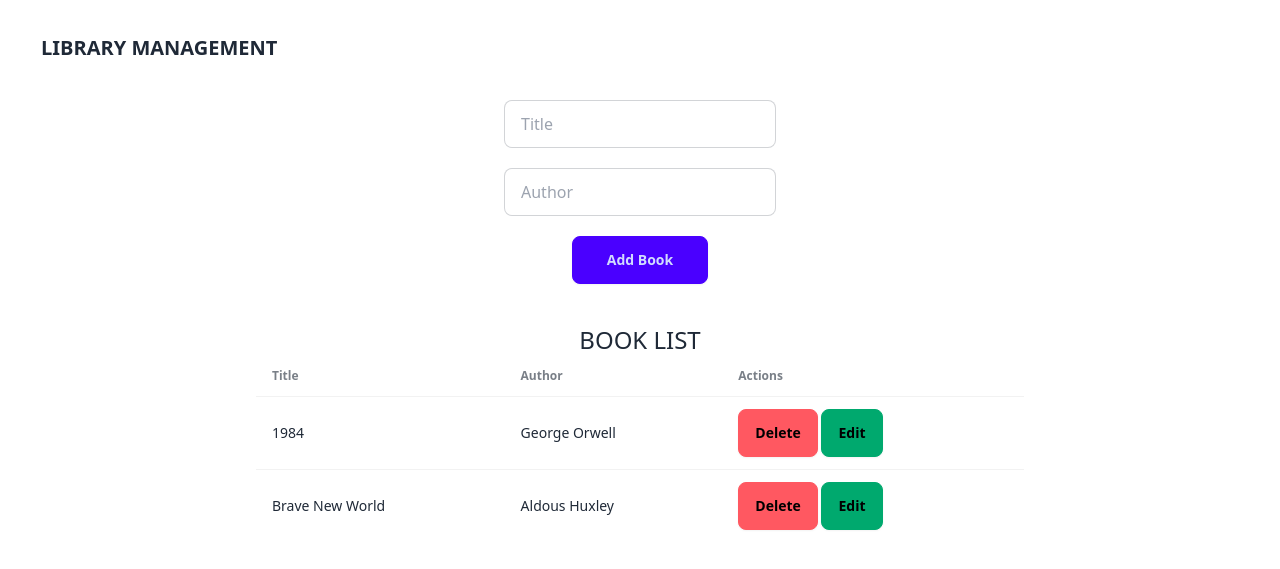
Repository: sibi24sibi/Crud-app-svelte
Page: /
These files come from the project's save history. The page is drawn as it stood at one moment and after the next save; the edit follows.
The browser window is 1280 px wide. The pictures show the whole page.
The project was rebuilt for these pictures with package versions that can differ from the ones it lists, and the page was loaded fresh each time. Also part of the build but not shown: svelte.config.js, vite.config.js.

Above is the page before, as saved 2024-07-01 16:24:16.

### index.html
<!doctype html>
<html lang="en" >
  <head>
    <meta charset="UTF-8" />
    <link rel="icon" type="image/svg+xml" href="/vite.svg" />
    <meta name="viewport" content="width=device-width, initial-scale=1.0" />
    <title>Vite + Svelte</title>
  </head>
  <body>
    <div id="app"></div>
    <script type="module" src="/src/main.js"></script>
  </body>
</html>

### src/App.svelte
<script>
  import Navbar from "./Components/Navbar.svelte";

  import AddBook from "./Components/AddBook.svelte";
  import BookList from "./Components/BookList.svelte";
</script>

<main>
  <Navbar />

  <AddBook />
  <BookList />
</main>

<style>
  main {
    text-align: center;
    padding: 1em;
    margin: 0 auto;
  }
</style>

### src/Components/Navbar.svelte
<script></script>

<body>
  <div class="navbar bg-base-100">
    <div class="flex-1">
      <a class="btn btn-ghost text-xl">LIBRARY MANAGEMENT</a>
    </div>
    <div class="flex-none">
      <ul class="menu menu-horizontal px-1"></ul>
    </div>
  </div>
</body>

<style>
</style>

### src/Components/AddBook.svelte
<script>
  import { books } from "./BookStore.js";
  let title = "";
  let author = "";

  function addBook() {
    books.update((items) => [
      ...items,
      { id: items.length ? items[items.length - 1].id + 1 : 1, title, author },
    ]);
    title = "";
    author = "";
  }
</script>

<div class="flex flex-col mx-auto gap-5 justify-center p-5 items-center w-1/4">
  <input
    placeholder="Title"
    class="input input-bordered w-full max-w-xs"
    bind:value={title}
  />
  <input
    placeholder="Author"
    class="input input-bordered w-full max-w-xs"
    bind:value={author}
  />
  <button class="btn btn-primary w-1/2" on:click={addBook}>Add Book</button>
</div>

### src/Components/BookList.svelte
<script>
  import { books } from "./BookStore.js";
  let editableBook = null;

  function deleteBook(id) {
    books.update((items) => items.filter((item) => item.id !== id));
  }

  function editBook(book) {
    editableBook = { ...book };
  }

  function saveEdit() {
    books.update((items) =>
      items.map((item) => (item.id === editableBook.id ? editableBook : item))
    );
    editableBook = null;
  }
</script>

<div class="overflow-x-auto max-w-3xl mx-auto my-5">
  <h1 class="text-2xl uppercase">Book List</h1>
  <table class="table">
    <thead>
      <tr>
        <th>Title</th>
        <th>Author</th>
        <th>Actions</th>
      </tr>
    </thead>
    <tbody>
      {#each $books as book}
        <tr>
          {#if editableBook && editableBook.id === book.id}
            <td
              ><input
                class="input input-bordered"
                bind:value={editableBook.title}
              /></td
            >

            <td>
              <input
                class="input input-bordered"
                bind:value={editableBook.author}
              /></td
            >
            <td>
              <button class="btn btn-primary" on:click={saveEdit}>Save</button
              ></td
            >
          {:else}
            <td>{book.title} </td> <td> {book.author} </td>
            <td
              ><button
                class="btn btn-error"
                on:click={() => deleteBook(book.id)}>Delete</button
              >
              <button class="btn btn-success" on:click={() => editBook(book)}
                >Edit</button
              ></td
            >
          {/if}
        </tr>
      {/each}
    </tbody>
  </table>
</div>

### src/Components/BookStore.js
import { writable } from "svelte/store";

export const books = writable([
  { id: 1, title: "1984", author: "George Orwell" },
  { id: 2, title: "Brave New World", author: "Aldous Huxley" },
]);

### tailwind.config.js
/** @type {import('tailwindcss').Config} */
export default {
  content: ["./index.html", "./src/**/*.{svelte,js,ts,jsx,tsx}"],
  theme: {
    extend: {},
  },
  plugins: [require("daisyui")],
};

Loaded but not shown: src/main.js (common file); src/app.css (common file)

After the next save:
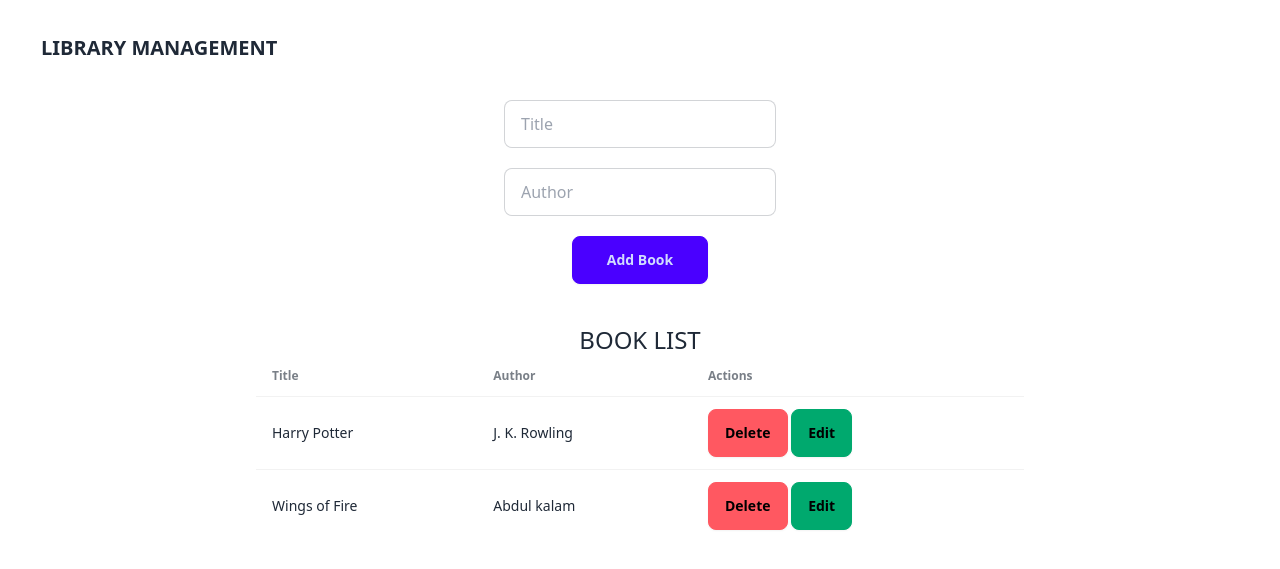
Saved 17 min 49 s later.
--- a/src/Components/BookStore.js
+++ b/src/Components/BookStore.js
@@ -1,6 +1,6 @@
 import { writable } from "svelte/store";
 
 export const books = writable([
-  { id: 1, title: "1984", author: "George Orwell" },
-  { id: 2, title: "Brave New World", author: "Aldous Huxley" },
+  { id: 1, title: "Harry Potter ", author: "J. K. Rowling" },
+  { id: 2, title: "Wings of Fire", author: "Abdul kalam" },
 ]);
